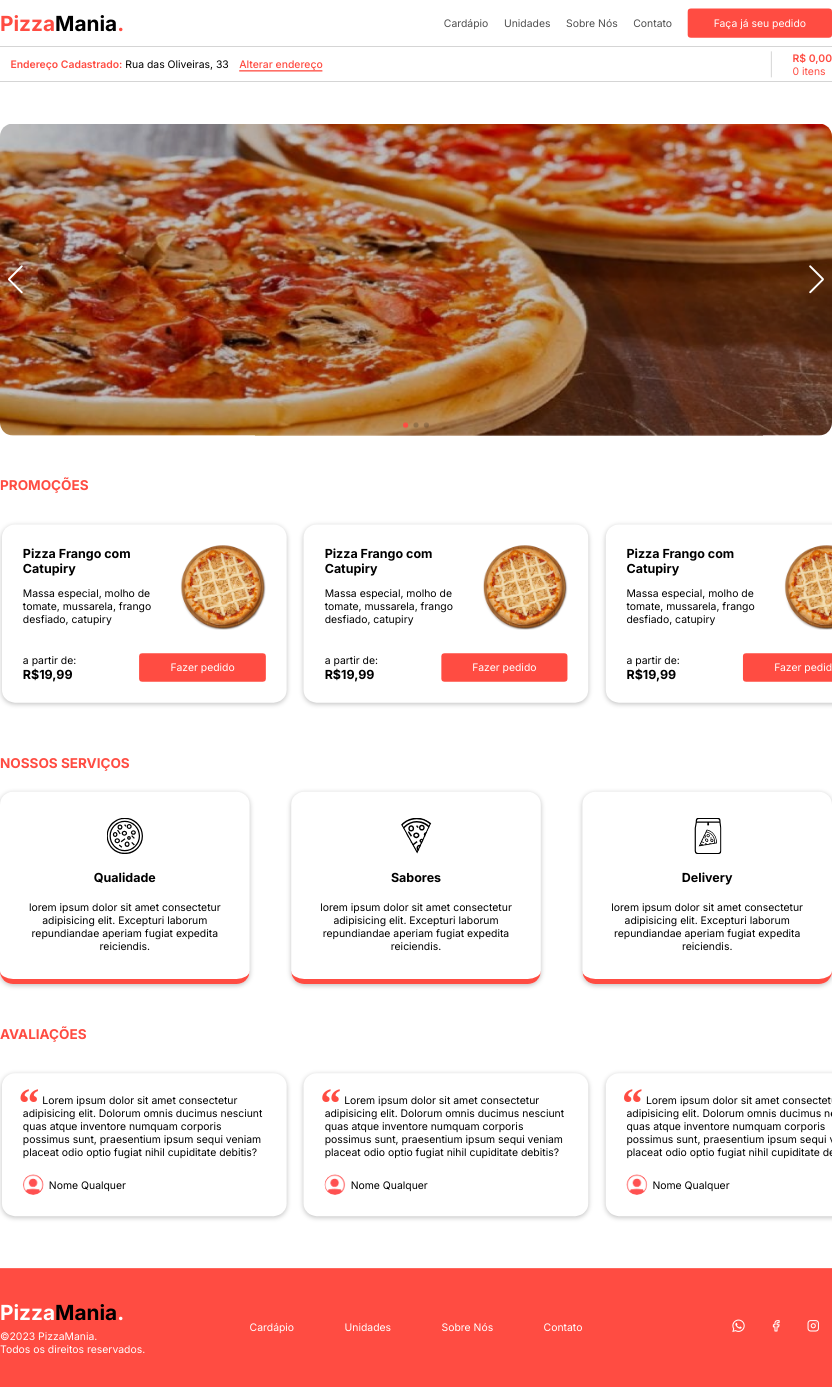
Repository: lucas-albuq/PizzaMania
Page: index.html
These files come from the project's save history. The page is drawn as it stood at one moment and after a run of saves; the edit follows.
The browser window is 1280 px wide. The pictures show the whole page, at 65% of full size.
Some icons come from a web library that is not loaded, so they are not drawn. Some web libraries are served in a nearby version.

Above is the page before, as saved 2024-01-04 20:34:39.

After the next 2 saves:
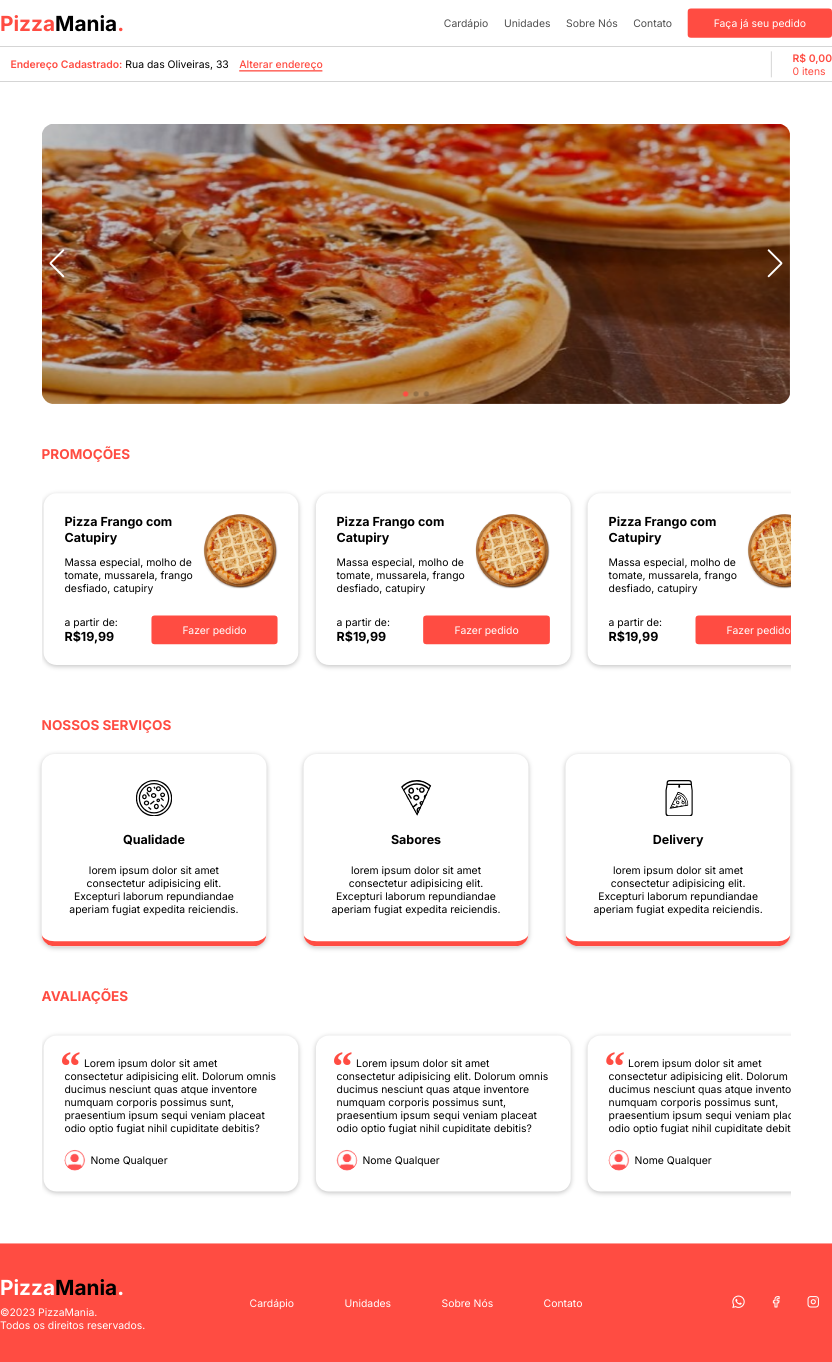
The 2 saves are shown as one change because they came seconds apart.
The last was saved 5 min 49 s later.
--- a/assets/css/pizzamania.css
+++ b/assets/css/pizzamania.css
@@ -30,6 +30,7 @@ header {
 
 main{
   max-width: 80em;
+  width: 90%;
   margin: 4em auto;
   display: flex;
   flex-direction: column;
